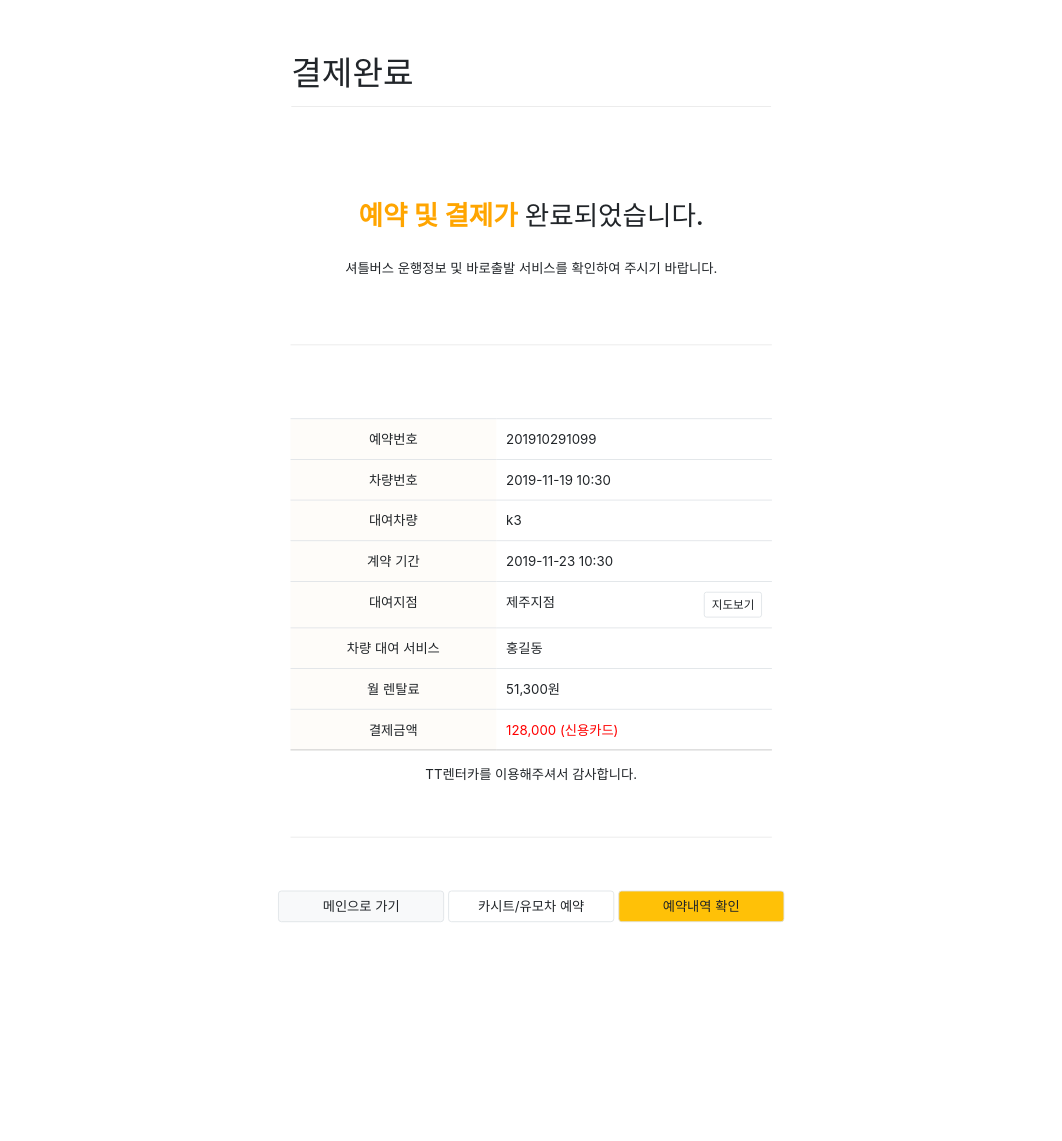
Repository: hyebinkim00/Project
Page: http://localhost/jsp/long_lent_oldcar/shortTerm_payment_completed.jsp
The author's editor kept a copy of each file at every save. The page is drawn from the files as they stood at one save, then again after the next save.
The browser window is 1280 px wide. The pictures show the whole page, at 83% of full size.
The page is served by Tomcat 9. Queries for data that is not in the repository find no rows.

Above is the page before, as saved 2020-09-16 04:12:30.

After the next save:
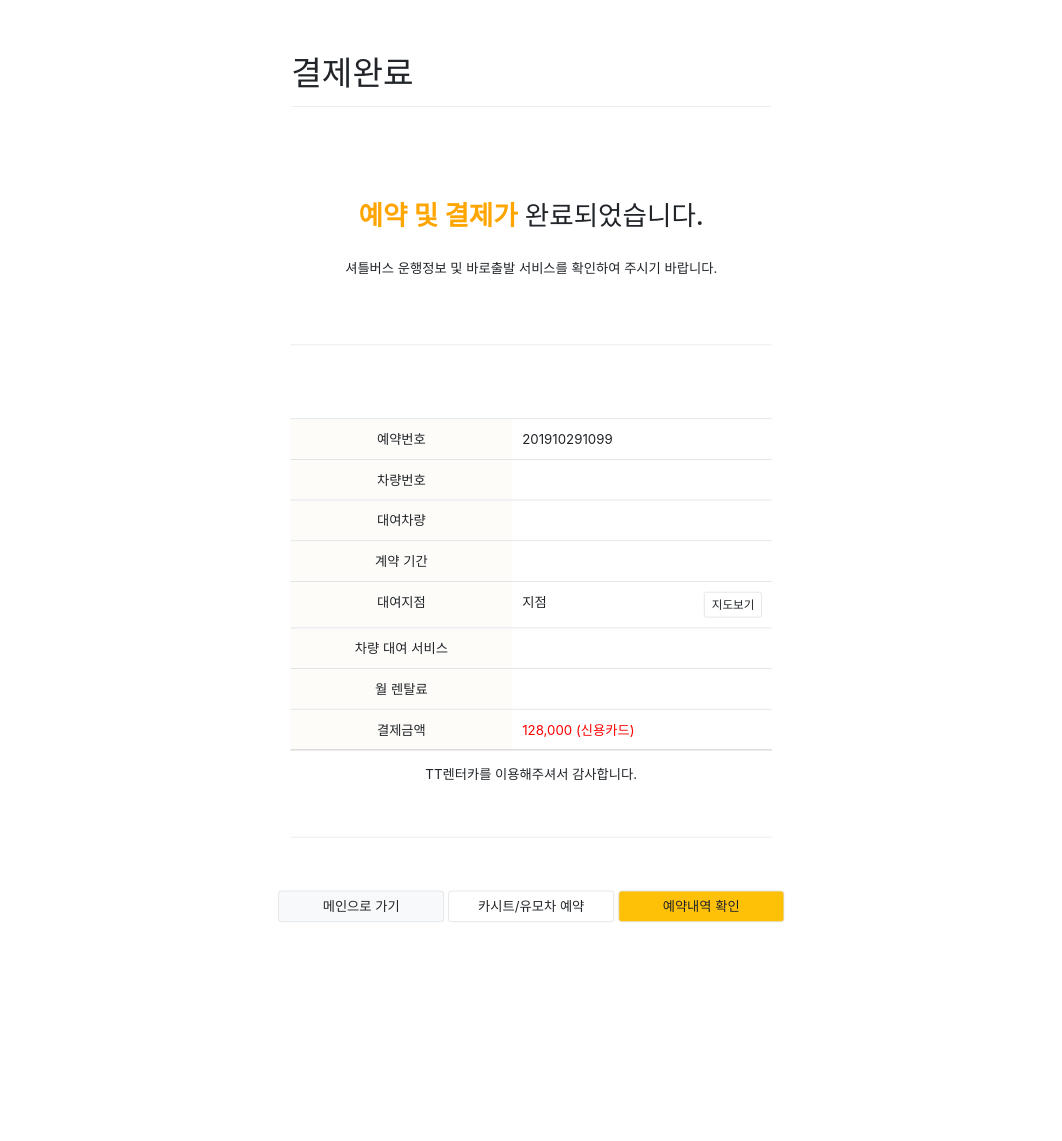
Saved 80 min 28 s later.
--- a/jsp/WebContent/long_lent_oldcar/shortTerm_payment_completed.jsp
+++ b/jsp/WebContent/long_lent_oldcar/shortTerm_payment_completed.jsp
@@ -6,6 +6,8 @@
 
 <%request.setCharacterEncoding("utf-8");
 String id =request.getParameter("car");
+String carn =request.getParameter("carn");
+String carof =request.getParameter("carof");
 String price =request.getParameter("mprice");
 String lent1 =request.getParameter("cntrTermMm1");
 String lent2 =request.getParameter("cntrTermMm2");
@@ -38,6 +40,24 @@ String lent4 =request.getParameter("cntrTermMm4");
   </div>
 </div>
 <div class="container col-sm-6">
+<sql:setDataSource var="dataSource"
+			url="jdbc:oracle:thin:@localhost:1521:XE"
+			driver="oracle.jdbc.driver.OracleDriver"
+			user="hr" password="hr"/>
+
+	<sql:update dataSource="${dataSource}" var="resultSet">
+	Insert into  lent(car_num,user_id,lent_term,insurance,lent_car,service,totalprice,carn,lentoffice) values (?,'1',?,?,?,?,?,?,?)
+
+	<sql:param value="${param.car }" />
+	<sql:param value="${param.cntrTermMm1 }" />
+	<sql:param value="${param.cntrTermMm2 }" />
+	<sql:param value="${param.cntrTermMm3 }" />
+	<sql:param value="${param.cntrTermMm4 }" />
+	<sql:param value="${param.mprice }" />
+	<sql:param value="${param.carn }" />
+	<sql:param value="${param.carof }" />
+</sql:update>
+
 	<div class="container" align="center">
 		<h2><b style="color: orange;">예약 및 결제가</b><span>&nbsp;완료되었습니다.</span></h2><br>
 		<p>셔틀버스 운행정보 및 바로출발 서비스를 확인하여 주시기 바랍니다.</p>
@@ -58,32 +78,32 @@ String lent4 =request.getParameter("cntrTermMm4");
       </tr>
       <tr>
         <td id="th_title">차량번호</td>
-        <td>2019-11-19 10:30</td>
+        <td><c:out value="${param.car}"/></td>
       </tr>
       <tr>
         <td id="th_title">대여차량</td>
-        <td>k3</td>
+        <td><c:out value="${param.carn}"/></td>
       </tr>
       <tr>
         <td id="th_title">계약 기간</td>
-        <td>2019-11-23 10:30</td>
+        <td><c:out value="${param.cntrTermMm1}"/></td>
       </tr>
       <tr>
         <td id="th_title">대여지점</td>
        	 <td>
        	 	<div class="row">
-  			<div class="col">제주지점</div>
+  			<div class="col"><c:out value="${param.carof }"/>지점</div>
   			<div class="col"><button class="btn btn-sm border float-right">지도보기</button></div>
        	 	</div>
        	 </td>
       </tr>
       <tr>
         <td id="th_title">차량 대여 서비스</td>
-        <td>홍길동</td>
+        <td><c:out value="${param.cntrTermMm3 }"/></td>
       </tr>
       <tr>
         <td id="th_title">월 렌탈료</td>
-        <td>51,300원</td>
+        <td><c:out value="${param.mprice }"/></td>
       </tr>
       <tr>
         <td id="th_title" style="border-bottom: 1px solid silver;">결제금액</td>
